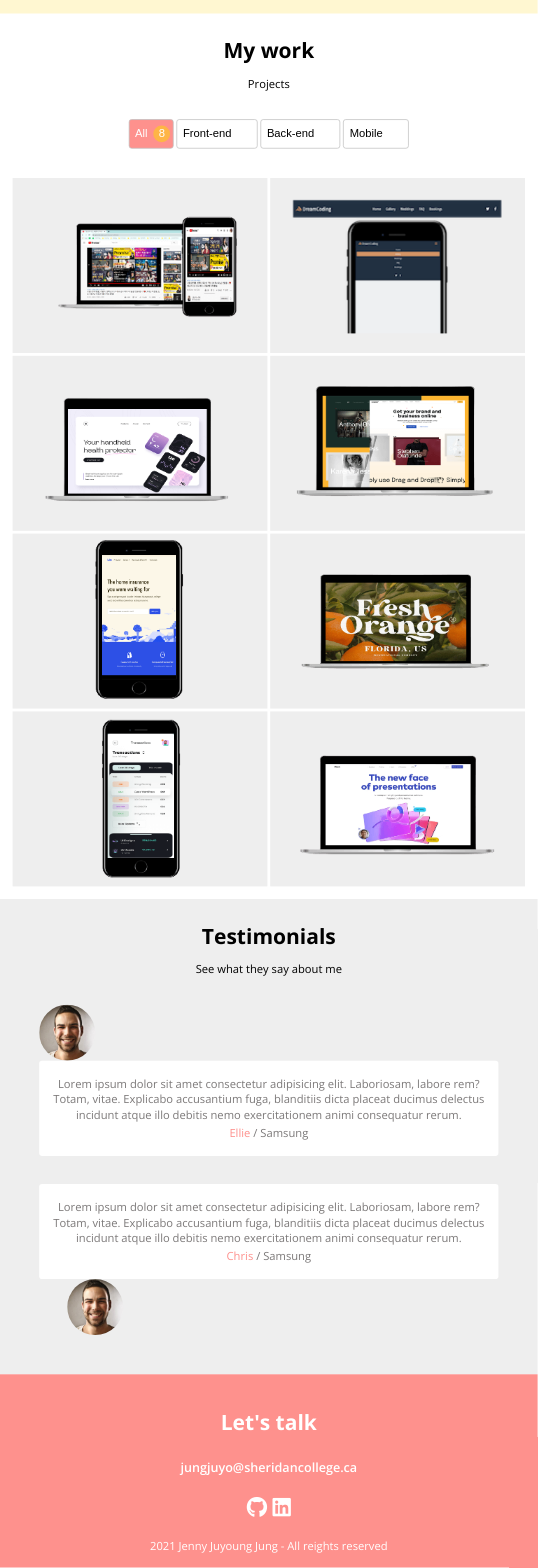
Repository: jennyjjung/portfolio.v0
Page: index.html
The author's editor kept a copy of each file at every save. The page is drawn from the files as they stood at one save, then again after the next save.
The browser window is 768 px wide. The pictures show the part of the page from y = 2665 to 4905 px (the page is 4905 px tall), at 70% of full size.
Some web libraries are served in a nearby version.

Above is the page before, as saved 2022-02-28 12:07:24.

After the next save:
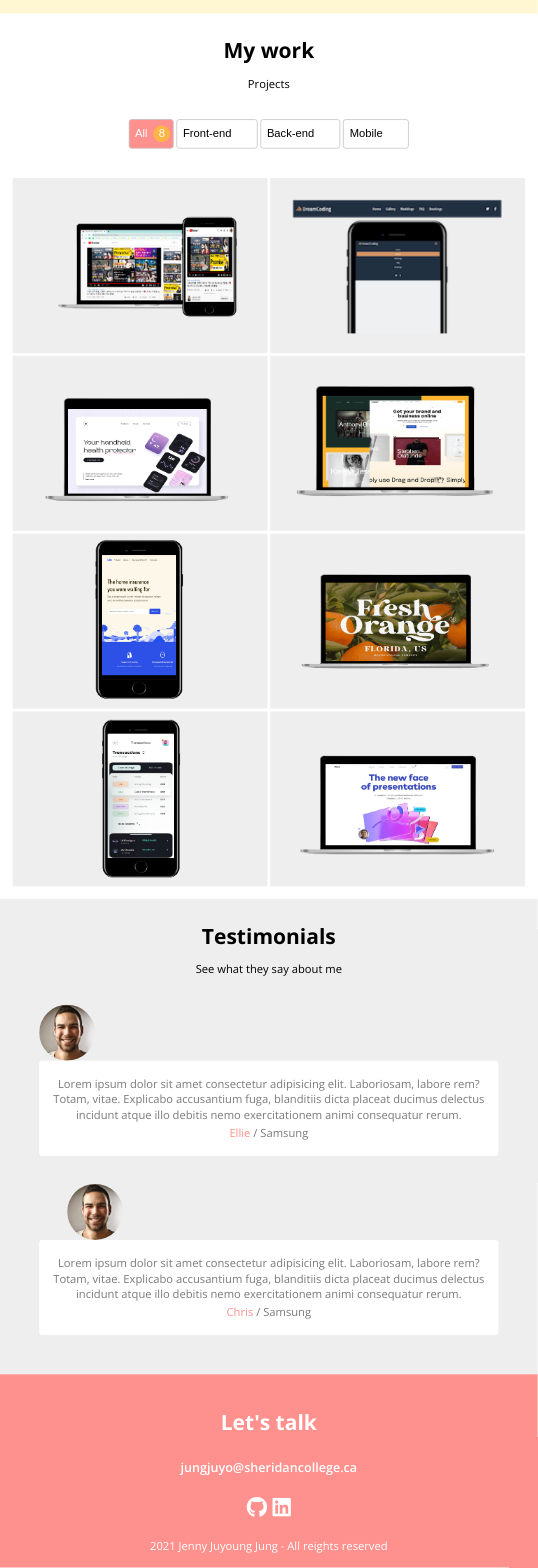
Saved 118 s later.
--- a/style.css
+++ b/style.css
@@ -578,4 +578,8 @@ p {
     width: 80px;
     height: 80px;
   }
-}
+
+  .testimonial__speech-bubble {
+    order: 1;
+  }
+}
